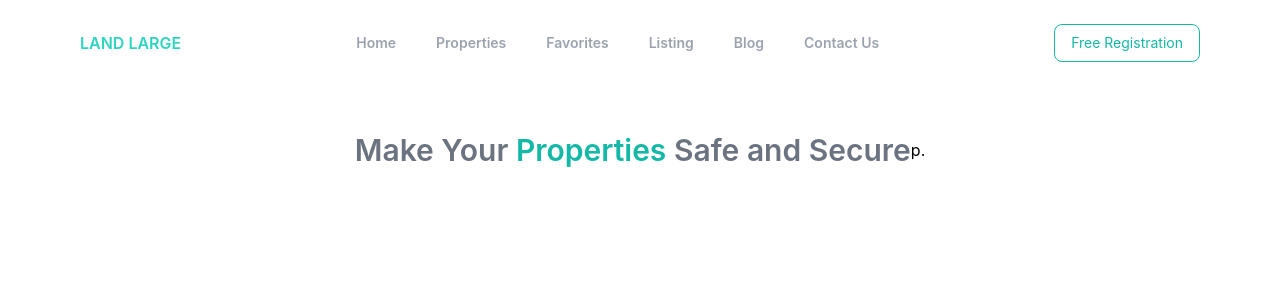
Repository: MuniruIssah/realestate
Page: /
These files come from the project's save history. The page is drawn as it stood at one moment and after the next save; the edit follows.
The browser window is 1280 px wide. The pictures show the whole page.
The project was rebuilt for these pictures with package versions that can differ from the ones it lists, and the page was loaded fresh each time. Also part of the build but not shown: src/App.css.

Above is the page before, as saved 2022-02-19 21:46:07.

After the next save:
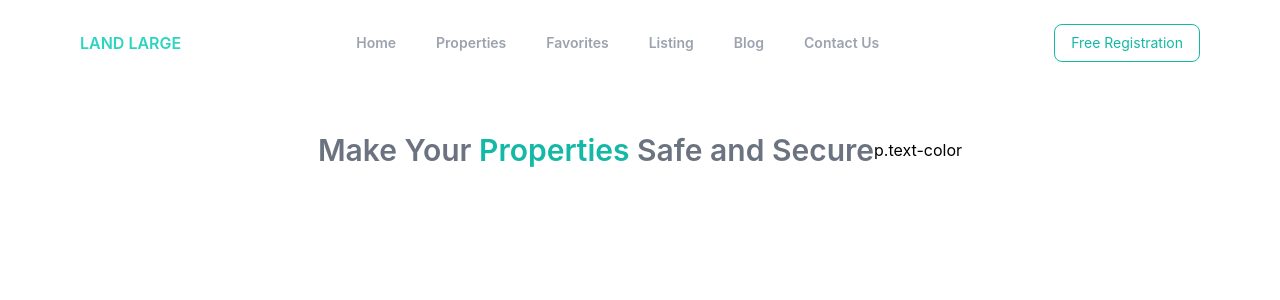
Saved 7 s later.
--- a/src/components/Jumbotron.js
+++ b/src/components/Jumbotron.js
@@ -7,7 +7,7 @@ const Jumbotron = () => {
         Make Your <span className="text-teal-500">Properties</span> Safe and
         Secure
       </span>
-      p.
+      p.text-color
     </div>
   );
 };
